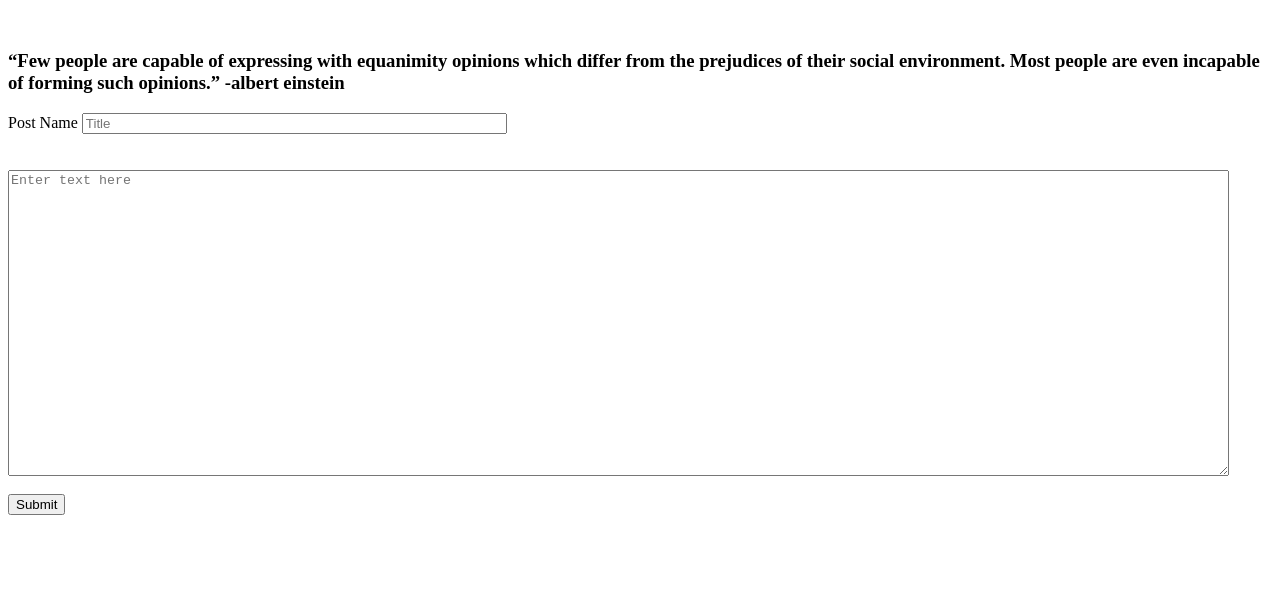
Repository: AnnieFisher/blog
Page: BlogMVC/WebContent/addPost.view.html
These files come from the project's save history. The page is drawn as it stood at one moment and after the next save; the edit follows.
The browser window is 1280 px wide. The pictures show the whole page.

Above is the page before, as saved 2016-12-19 06:47:10.

After the next save:
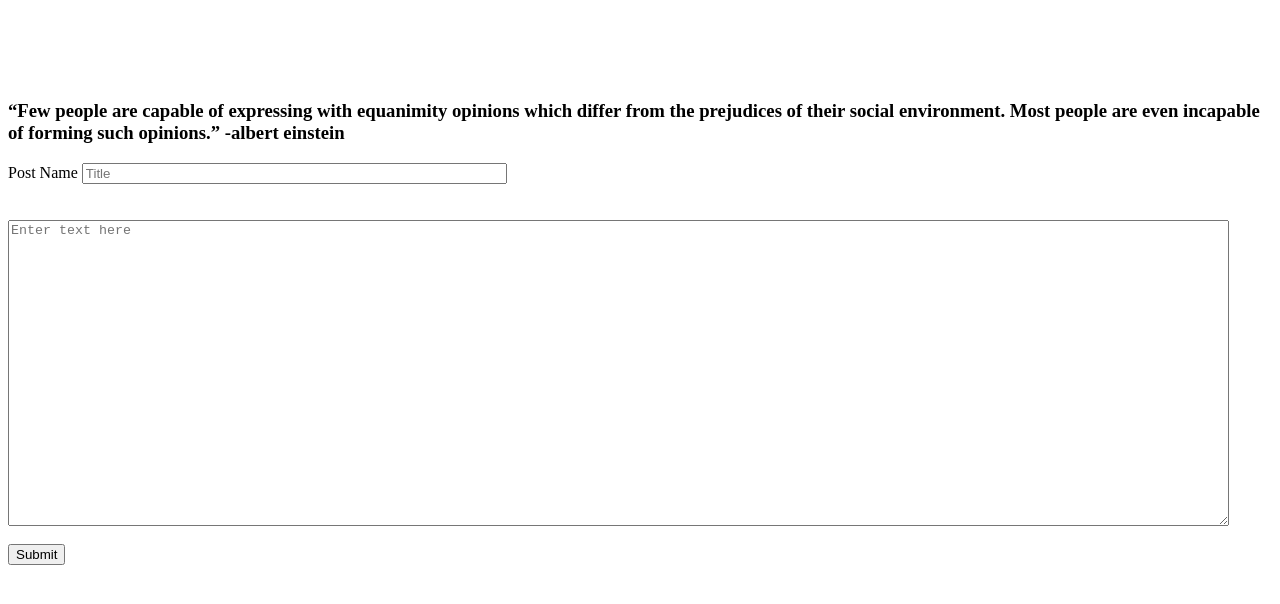
Saved 24 min 21 s later.
--- a/BlogMVC/WebContent/addPost.view.html
+++ b/BlogMVC/WebContent/addPost.view.html
@@ -1,7 +1,7 @@
 <header ng-include="'nav.html'"></header>
 <div class = "container">
 	<div class = "row">
-	  <div style="margin-top:50px">
+	  <div style="margin-top:100px">
 	  	  <h3 id="myQuote">“Few people are capable of expressing with equanimity opinions which differ from the prejudices of their social environment. Most people are even incapable of forming such opinions.” -albert einstein</h3>
 		  <form id="addPost">
 		  <label for="postName" class="sr-only">Post Name</label>
